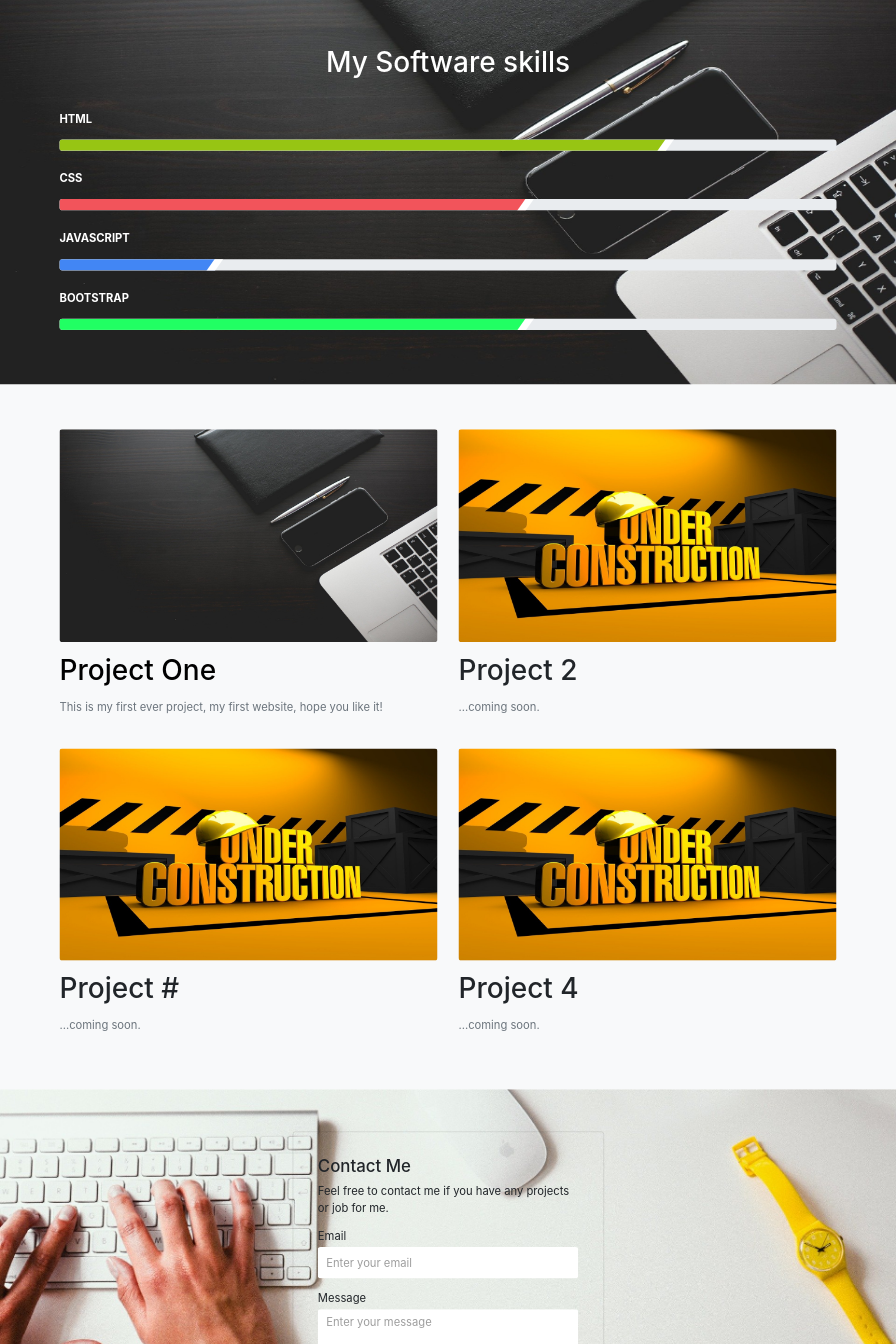
Repository: Kraljiccar/User-Centric-Frontend-Development-Milestone-Project
Page: index.html
The author's editor kept a record of every edit. The page is drawn from the files as they stood at one moment, then again after the next edit.
The browser window is 1280 px wide. The pictures show the part of the page from y = 1215 to 3135 px (the page is 3437 px tall), at 70% of full size.
Backgrounds fixed to the window are drawn as part of the page.

Above is the page before.

### index.html
<!DOCTYPE html>
<html lang="en-US">

<head>
    <meta charset="UTF-8">
    <meta name="viewport" content="width=device-width, initial-scale=1.0">
    <meta http-equiv="X-UA-Compatible" content="ie=edge">
    <link rel="stylesheet" href="./assets/css/style.css" type="text/css" />
    <link rel="stylesheet" href="https://stackpath.bootstrapcdn.com/bootstrap/4.3.1/css/bootstrap.min.css" integrity="sha384-ggOyR0iXCbMQv3Xipma34MD+dH/1fQ784/j6cY/iJTQUOhcWr7x9JvoRxT2MZw1T" crossorigin="anonymous">
    <link rel="stylesheet" href="https://stackpath.bootstrapcdn.com/font-awesome/4.7.0/css/font-awesome.min.css" type="text/css" />

    <title>Nemanja Kraljic</title>
</head>

<body data-spy="scroll" data-target="#navbarResponsive">
    <nav class="navbar navbar-expand-sm transparent navbar-dark p-2 fixed-top">
        <div class="container">
  <button class="navbar-toggler" type="button" data-toggle="collapse" data-target="#navbarTogglerDemo03" aria-controls="navbarTogglerDemo03" aria-expanded="false" aria-label="Toggle navigation">
    <span class="navbar-toggler-icon"></span>
  </button>


  <div class="collapse navbar-collapse justify-content-end" id="navbarTogglerDemo03">

    <ul class="navbar-nav mr-auto mt-2 mt-lg-0">
      <li class="nav-item">
        <a class="nav-link" href="#banner">Home <span class="sr-only">(current)</span></a>
      </li>
      <li class="nav-item">
        <a class="nav-link" href="#about-me">About me</a>
      </li>
       <li class="nav-item">
        <a class="nav-link" href="#skills">My skills</a>
      </li>
       <li class="nav-item">
        <a class="nav-link" href="#projects">My projects</a>
      </li>
       <li class="nav-item">
        <a class="nav-link" href="#contact">Contact me</a>
      </li>

    </ul>
    </div>
  </div>
</nav>
    <section id="banner">
        <div class="container">
            <div class="row max-viewport align-items-center text-center">
                <div class="col-md-6 ">
                    <h1 class="text-white text-uppercase">Nemanja Kraljic</h1>
                    <h3 class="text-white">-Software developer-</h2>
                </div>
            </div>
        </div>
    </section>
    <!-----about me----->
    <section id="about-me" class="py-5 bg-secondary">
        <div class="container">
            <div class="row align-items-center text-center text-white">
                <div class="col-sm-12 col-md-6 col-lg-4text-white my-3 d-flex">
                    <i class="fa fa-wrench fa-5x mr-3 align-self-center"></i>
                    <div class="inner-text">
                        <h1 class="my-3">Who am I?</h1>
                        <p class="lead">adshfah sadsa dsaopd pksado ndsposadadshfah sadsa dsaopd pksado ndsposadadshfah sadsa dsaopd pksado ndsposadadshfah sadsa dsaopd pksado ndsposadadshfah sadsa dsaopd pksado ndsposadadshfah sadsa dsaopd pksado ndsposadadshfah sadsa
                            dsaopd pksado ndsposad n</p>

                    </div>
                </div>
                <div class="col-sm-12 col-md-6 col-lg-4text-white my-3 d-flex">
                    <i class="fa fa-refresh fa-5x mr-3 align-self-center"></i>
                    <div class="inner-text">
                        <h1 class="my-3">Who am I?</h1>
                        <p class="lead">adshfah sadsa dsaopd pksado ndsposadadshfah sadsa dsaopd pksado ndsposadadshfah sadsa dsaopd pksado ndsposadadshfah sadsa dsaopd pksado ndsposadadshfah sadsa dsaopd pksado ndsposadadshfah sadsa dsaopd pksado ndsposadadshfah sadsa
                            dsaopd pksado ndsposad n</p>

                    </div>
                </div>

            </div>
        </div>

    </section>
    <!-----skills---->
    <section id="skills" class="p-5">
        <div class="naslov">
            <h1 class="mb-5 mt-5"> My Software skills</h1>
        </div>
        <div class="container">
            <div class="row">
                <div class="col-md-12">
                    <h3 class="progress-title">HTML</h3>
                    <div class="progress">
                        <div class="progress-bar" style="width:78%; background:#97c513;">
                            <div class="progress-value">65%</div>
                        </div>
                    </div>
                    <h3 class="progress-title">CSS</h3>
                    <div class="progress">
                        <div class="progress-bar" style="width:60%; background:#f2545b;">
                            <div class="progress-value">100%</div>
                        </div>
                    </div>
                    <h3 class="progress-title">JAVASCRIPT</h3>
                    <div class="progress">
                        <div class="progress-bar" style="width:20%; background:#4286f4;">
                            <div class="progress-value">75%</div>
                        </div>
                    </div>
                    <h3 class="progress-title">BOOTSTRAP</h3>
                    <div class="progress">
                        <div class="progress-bar" style="width:60%; background:#21ff63;">
                            <div class="progress-value">30%</div>
                        </div>
                    </div>
                </div>
            </div>
        </div>
    </section>

    <section id="projects" class="p-5 bg-light">
        <div class="container">
            <div class="row">
                <div class="col-sm-6 my-3" >
                  <a class="project-link" href="#banner">  <img src="assets/images/office.jpg" alt="#" class="img-fluid rounded" alt="picture">
                    <h1 class="my-3">Project One</h1>
                    <p class="text-muted">This is my first ever project, my first website, hope you like it!</p>
               </a>
                </div>
                <div class="col-sm-6 my-3">
                    <img src="assets/images/under-construction.jpg" alt="#" class="img-fluid rounded" alt="picture">
                    <h1 class="my-3">Project 2</h1>
                    <p class="text-muted">...coming soon.</p>
                </div>
                <div class="col-sm-6 my-3">
                    <img src="assets/images/under-construction.jpg" alt="#" class="img-fluid rounded" alt="picture">
                    <h1 class="my-3">Project #</h1>
                    <p class="text-muted">...coming soon.</p>
                </div>
                <div class="col-sm-6 my-3">
                    <img src="assets/images/under-construction.jpg" alt="#" class="img-fluid rounded" alt="picture">
                    <h1 class="my-3">Project 4</h1>
                    <p class="text-muted">...coming soon.</p>
                </div>


            </div>
        </div>
    </section>
    <section id="contact">
        <div class="container">
            <div class="row justify justify-content-center">
                <div class="col-11 col-md-8 col-lg-6 col-xl-5">
                    <form class="">
                        <div class="card bg-transparent">
                            <div class="row mt-0">
                                <div class="col-md-12 ">
                                    <h4 class="">Contact Me</h4>
                                    <p>Feel free to contact me if you have any projects or job for me.</p>
                                </div>
                            </div>
                            <div class="form-group row mb-3">
                                <div class="col-md-12 mb-0">
                                    <p class="mb-1">Email</p> <input id="e-mail" type="text" placeholder="Enter your email" name="email" class="form-control input-box rm-border">
                                </div>
                            </div>
                            <div class="form-group row">
                                <div class="col-md-12 mb-2">
                                    <p class="mb-1">Message</p> <textarea id="message" type="text" placeholder="Enter your message" name="message" class="form-control input-box rm-border"></textarea>
                                </div>
                            </div>
                            <div class="form-group row justify-content-center mb-0">
                                <div class="col-md-12 px-3"> <input type="submit" value="Submit" class="btn btn-block btn-dark rm-border"> </div>
                            </div>
                        </div>
                    </form>
                </div>
            </div>
        </div>
    </section>
    <section id="footer" class="p-2 bg-dark">
        <div class="container">
            <div class="row">
                <div class="col text-center">
                    <h4 class="text-white text-capiralize">&copy;Copyright Kraljic 2019</h4>
                </div>
            </div>
        </div>

    </section>
    <!-----Script---->
    <script src="https://code.jquery.com/jquery-3.3.1.slim.min.js" integrity="sha384-q8i/X+965DzO0rT7abK41JStQIAqVgRVzpbzo5smXKp4YfRvH+8abtTE1Pi6jizo" crossorigin="anonymous"></script>
    <script src="https://cdnjs.cloudflare.com/ajax/libs/popper.js/1.14.7/umd/popper.min.js" integrity="sha384-UO2eT0CpHqdSJQ6hJty5KVphtPhzWj9WO1clHTMGa3JDZwrnQq4sF86dIHNDz0W1" crossorigin="anonymous"></script>
    <script src="https://stackpath.bootstrapcdn.com/bootstrap/4.3.1/js/bootstrap.min.js" integrity="sha384-JjSmVgyd0p3pXB1rRibZUAYoIIy6OrQ6VrjIEaFf/nJGzIxFDsf4x0xIM+B07jRM" crossorigin="anonymous"></script>
</body>

</html>

### assets/css/style.css
@import url('https://fonts.googleapis.com/css?family=Roboto:400,700&display=swap');

body {
  font-family: 'Roboto', sans-serif;
}

.transparent {
  background-color: rgba(0, 0, 0, 0.6);
}

.max-viewport{
  min-height: 100vh;
}


#banner,
#skills {
  background: url("../images/office.jpg"), linear-gradient(rgba(179, 179, 179, 1), rgba(247, 247, 247, 1));
  background-attachment: fixed;
  background-position: center center;
  background-repeat: no-repeat;
  background-size: cover;

}

.naslov {
  color: #fff;
}

.naslov h1 {
  text-align: center;
}

.progress-title {
  font-size: 16px;
  font-weight: 700;
  color: #fff;
  margin: 0 0 20px;
}

.progress {
  height: 20px;
  background: #333;
  border-radius: 0;
  box-shadow: none;
  margin-bottom: 30px;
  overflow: visible
}

.progress-value {
  font-size: 20px;
  color: #fff;
}

.progress .progress-bar {
  position: relative;
  -webkit-animation: animate-positive 2s;
  animation: animate-positive 2s
}

.progress .progress-value {
  display: block;
  font-size: 18px;
  font-weight: 500;
  color: black;
  position: absolute;
  top: -30px;
  right: -25px
}

.progress .progress-bar:after {
  content: "";
  display: inline-block;
  width: 10px;
  background: #fff;
  position: absolute;
  top: -10px;
  bottom: -10px;
  right: -5px;
  z-index: 1;
  transform: rotate(35deg)
}

.img-fluid {
  width:100%;
  height:20%;
  background-position: center;
  background-size: cover;
  background-repeat: no-repeat;

}

.img-fluid .project-link:hover {
  transform: translateY(-50px), translatex(-50px);
  box-shadow: 0 15px 35px rgba(0,0,0,0.9);
}

.project-link {
  color:black;
}

.project-link:hover {
  color:grey;
}

#contact {
  width: 100%;
  height: 85vh;

  background-image: url(../images/keyboard.jpg);
  background-position: center center;
  background-size: cover;
  background-attachment: fixed;
}
.box {
    margin: auto
}

.card {
    padding: 8%;
    padding-top: 35px;
    margin-top: 60px;
    margin-bottom: 80px
}

textarea[name="message"] {
    resize: none
}

#e-mail {
    height: 45px
}

#message {
    height: 120px
}

input.input-box,
textarea.input-box {
    background-color: #fff;
    border: #616161;
    color: #BDBDBD
}

input.input-box:focus,
textarea.input-box:focus {
    background-color: #F5F5F5;
    color: #BDBDBD
}

.rm-border:focus {
    border-color: inherit;
    -webkit-box-shadow: none;
    box-shadow: none
}

form .form-control::-webkit-input-placeholder {
    color: #9E9E9E
}

::-moz-placeholder {
    color: #9E9E9E !important
}

After the next edit:
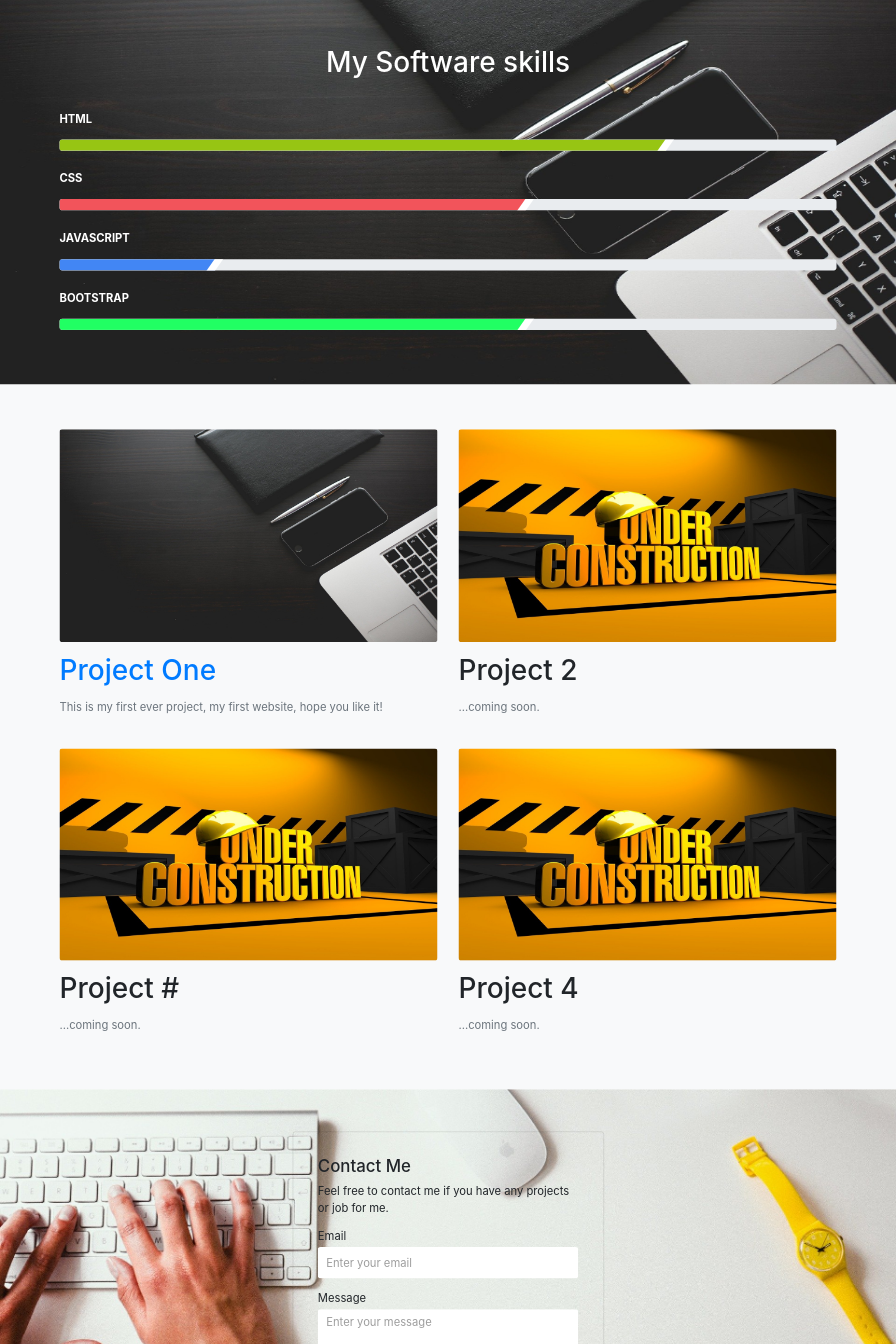
The edit:
--- a/assets/css/style.css
+++ b/assets/css/style.css
@@ -95,9 +95,7 @@
   box-shadow: 0 15px 35px rgba(0,0,0,0.9);
 }
 
-.project-link {
-  color:black;
-}
+
 
 .project-link:hover {
   color:grey;

After the edit that followed:
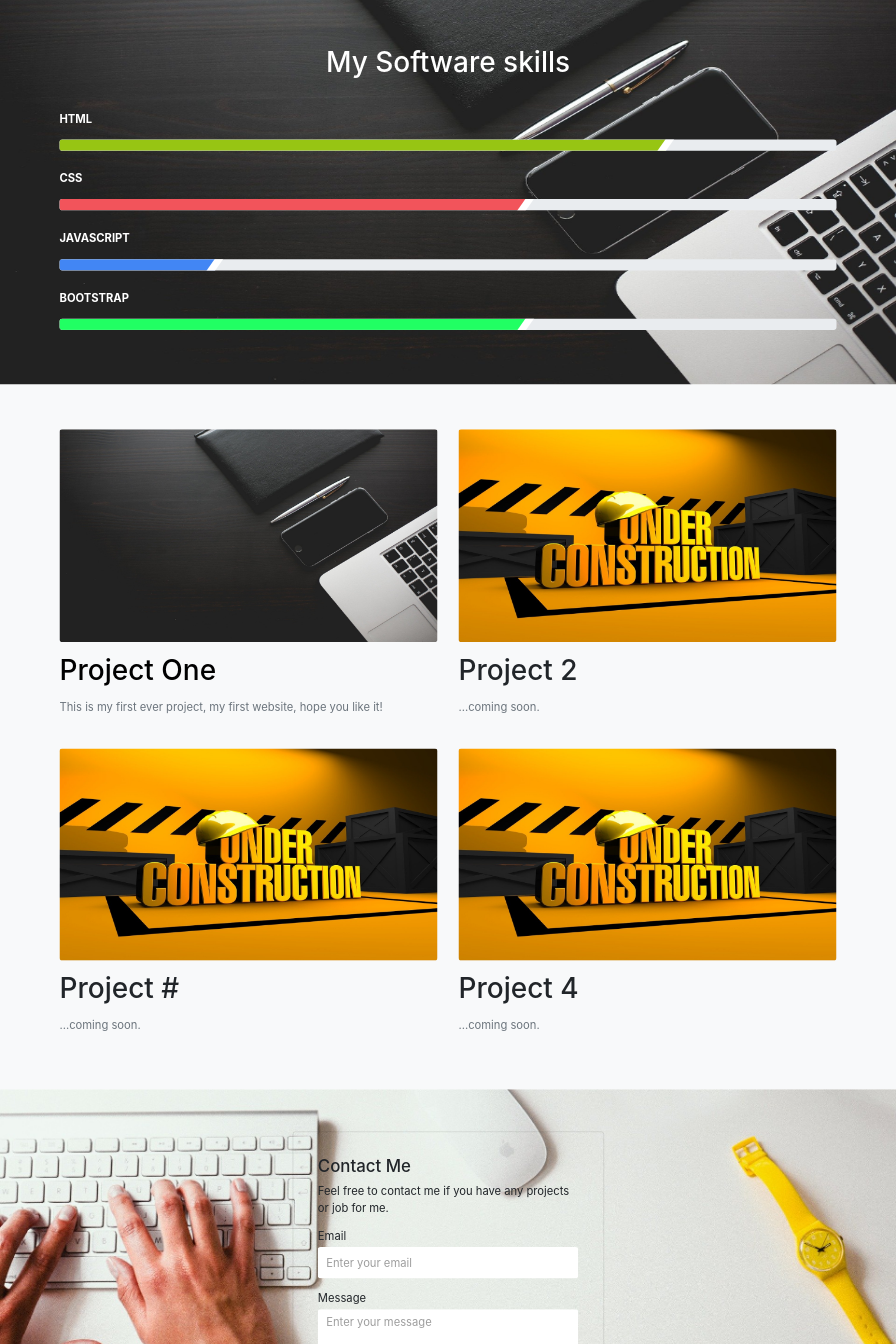
The edit:
--- a/assets/css/style.css
+++ b/assets/css/style.css
@@ -89,8 +89,10 @@
   background-repeat: no-repeat;
 
 }
-
-.img-fluid .project-link:hover {
+.project-link {
+  color:black;
+}
+.img-fluid:hover {
   transform: translateY(-50px), translatex(-50px);
   box-shadow: 0 15px 35px rgba(0,0,0,0.9);
 }
